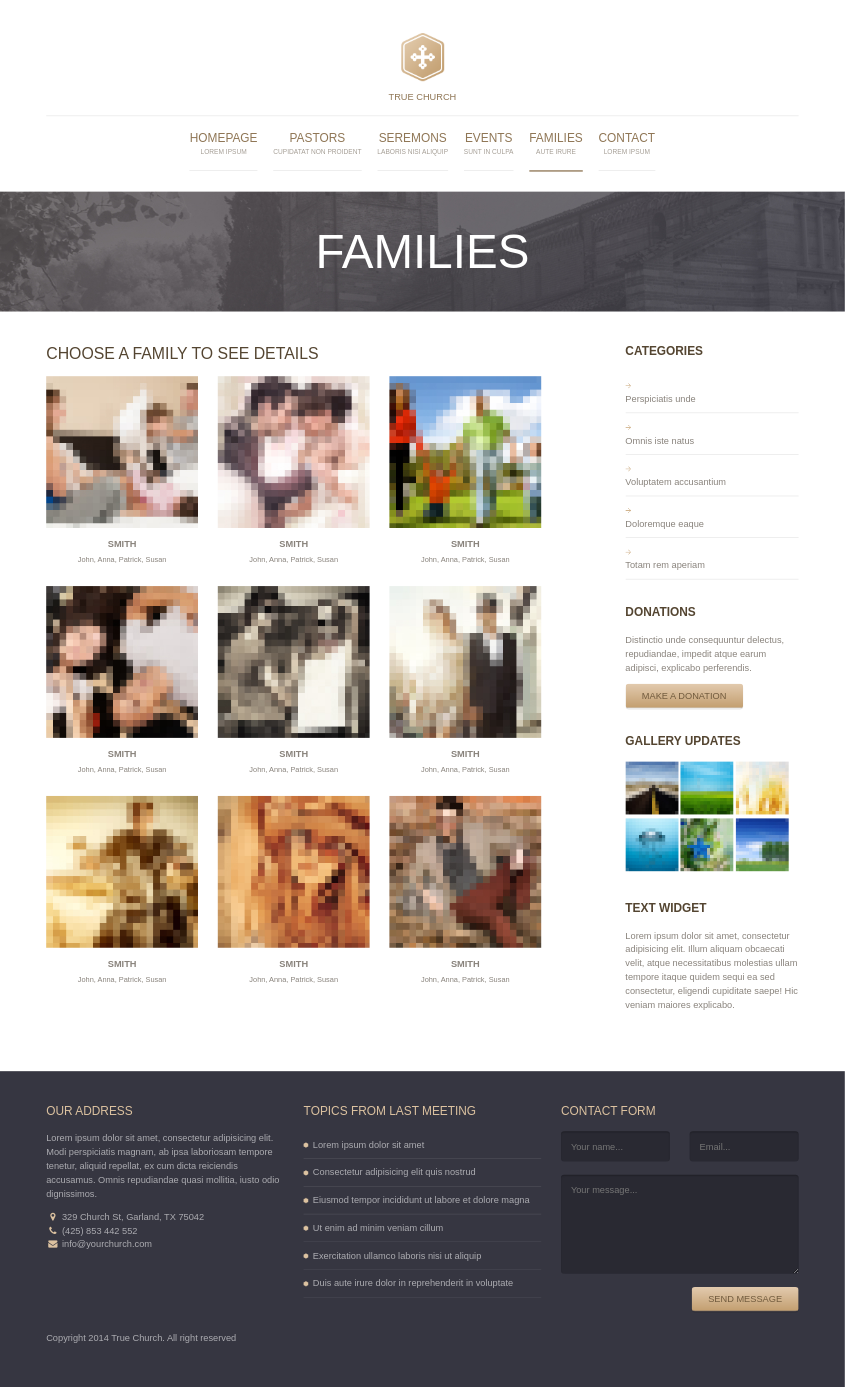
Repository: profbkmurage/churchWebsite
Page: families.html
The author's editor kept a copy of each file at every save. The page is drawn from the files as they stood at one save, then again after the next save.
The browser window is 1280 px wide. The pictures show the whole page, at 66% of full size.

Above is the page before, as saved 2024-07-10 17:59:03.

### families.html
<!DOCTYPE html>
<html lang="en">
	<head>
		<meta charset="UTF-8">
		<meta http-equiv="X-UA-Compatible" content="IE=edge">
		<meta name="viewport" content="width=device-width, initial-scale=1.0,maximum-scale=1">

		<title>True Church</title>

		<!-- Loading third party fonts -->
		<link href="fonts/novecento-font/novecento-font.css" rel="stylesheet" type="text/css">
		<link href="fonts/font-awesome.min.css" rel="stylesheet" type="text/css">

		<!-- Loading main css file -->
		<link rel="stylesheet" href="style.css">

		<!--[if lt IE 9]>
		<script src="js/ie-support/html5.js"></script>
		<script src="js/ie-support/respond.js"></script>
		<![endif]-->

	</head>


	<body>
		<div class="site-content">
			<header class="site-header">
				<div class="container">
					<a href="#" class="branding">
						<img src="images/logo.png" alt="" class="logo">
						<h1 class="site-title">True Church</h1>
					</a>

					<div class="main-navigation">
						<button class="menu-toggle"><i class="fa fa-bars"></i> Menu</button>
						<ul class="menu">
							<li class="menu-item"><a href="index.html">Homepage <small>Lorem ipsum</small></a></li>
							<li class="menu-item"><a href="#">Pastors <small>Cupidatat non proident</small></a></li>
							<li class="menu-item"><a href="seremons.html">Seremons <small>Laboris nisi aliquip</small></a></li>
							<li class="menu-item"><a href="events.html">Events <small>Sunt in culpa</small></a></li>
							<li class="menu-item current-menu-item"><a href="families.html">Families <small>Aute irure</small></a></li>
							<li class="menu-item"><a href="#">Contact <small>lorem ipsum</small></a></li>
						</ul>
					</div>

					<div class="mobile-navigation"></div>
				</div>
			</header> <!-- .site-header -->

			<div class="page-head" data-bg-image="images/page-head-1.jpg">
				<div class="container">
					<h2 class="page-title">Families</h2>
				</div>
			</div>

			<main class="main-content">
				<div class="fullwidth-block">
					<div class="container">
						<div class="row">
							<div class="content col-md-8">
								<h2 class="section-title">choose a family to see details</h2>
								<div class="row">
									<div class="family">
										<img src="images/family-1.jpg" alt="" class="family-image">
										<h3 class="family-name">Smith</h3>
										<small>John, Anna, Patrick, Susan</small>
									</div>
									<div class="family">
										<img src="images/family-2.jpg" alt="" class="family-image">
										<h3 class="family-name">Smith</h3>
										<small>John, Anna, Patrick, Susan</small>
									</div>
									<div class="family">
										<img src="images/family-3.jpg" alt="" class="family-image">
										<h3 class="family-name">Smith</h3>
										<small>John, Anna, Patrick, Susan</small>
									</div>
									<div class="family">
										<img src="images/family-4.jpg" alt="" class="family-image">
										<h3 class="family-name">Smith</h3>
										<small>John, Anna, Patrick, Susan</small>
									</div>
									<div class="family">
										<img src="images/family-5.jpg" alt="" class="family-image">
										<h3 class="family-name">Smith</h3>
										<small>John, Anna, Patrick, Susan</small>
									</div>
									<div class="family">
										<img src="images/family-6.jpg" alt="" class="family-image">
										<h3 class="family-name">Smith</h3>
										<small>John, Anna, Patrick, Susan</small>
									</div>
									<div class="family">
										<img src="images/family-7.jpg" alt="" class="family-image">
										<h3 class="family-name">Smith</h3>
										<small>John, Anna, Patrick, Susan</small>
									</div>
									<div class="family">
										<img src="images/family-8.jpg" alt="" class="family-image">
										<h3 class="family-name">Smith</h3>
										<small>John, Anna, Patrick, Susan</small>
									</div>
									<div class="family">
										<img src="images/family-9.jpg" alt="" class="family-image">
										<h3 class="family-name">Smith</h3>
										<small>John, Anna, Patrick, Susan</small>
									</div>
								</div>

							</div>
							<div class="sidebar col-md-3 col-md-offset-1">
								<div class="widget">
									<h3 class="widget-title">Categories</h3>
									<ul class="arrow">
										<li><a href="#">Perspiciatis unde</a></li>
										<li><a href="#">Omnis iste natus</a></li>
										<li><a href="#">Voluptatem accusantium</a></li>
										<li><a href="#">Doloremque eaque</a></li>
										<li><a href="#">Totam rem aperiam</a></li>
									</ul>
								</div>

								<div class="widget">
									<h3 class="widget-title">Donations</h3>
									<p>Distinctio unde consequuntur delectus, repudiandae, impedit atque earum adipisci, explicabo perferendis.</p>
									<a href="#" class="button">Make a donation</a>
								</div>

								<div class="widget">
									<h3 class="widget-title">Gallery updates</h3>

									<div class="galery-thumb">
										<a href="#"><img src="images/gallery-thumb-1.jpg" alt=""></a>
										<a href="#"><img src="images/gallery-thumb-2.jpg" alt=""></a>
										<a href="#"><img src="images/gallery-thumb-3.jpg" alt=""></a>
										<a href="#"><img src="images/gallery-thumb-4.jpg" alt=""></a>
										<a href="#"><img src="images/gallery-thumb-5.jpg" alt=""></a>
										<a href="#"><img src="images/gallery-thumb-6.jpg" alt=""></a>
									</div>
								</div>

								<div class="widget">
									<h3 class="widget-title">Text widget </h3>
									<p>Lorem ipsum dolor sit amet, consectetur adipisicing elit. Illum aliquam obcaecati velit, atque necessitatibus molestias ullam tempore itaque quidem sequi ea sed consectetur, eligendi cupiditate saepe! Hic veniam maiores explicabo.</p>
								</div>
							</div>
						</div>
					</div>
				</div>
			</main> <!-- .main-content -->

			<footer class="site-footer">
				<div class="container">
					<div class="row">
						<div class="col-md-4">
							<div class="widget">
								<h3 class="widget-title">Our address</h3>
								<p>Lorem ipsum dolor sit amet, consectetur adipisicing elit. Modi perspiciatis magnam, ab ipsa laboriosam tempore tenetur, aliquid repellat, ex cum dicta reiciendis accusamus. Omnis repudiandae quasi mollitia, iusto odio dignissimos.</p>
								<ul class="address">
									<li><i class="fa fa-map-marker"></i> 329 Church St, Garland, TX 75042</li>
									<li><i class="fa fa-phone"></i> (425) 853 442 552</li>
									<li><i class="fa fa-envelope"></i> info@yourchurch.com</li>
								</ul>
							</div>
						</div>
						<div class="col-md-4">
							<div class="widget">
								<h3 class="widget-title">Topics from last meeting</h3>
								<ul class="bullet">
									<li><a href="#">Lorem ipsum dolor sit amet</a></li>
									<li><a href="#">Consectetur adipisicing elit quis nostrud</a></li>
									<li><a href="#">Eiusmod tempor incididunt ut labore et dolore magna</a></li>
									<li><a href="#">Ut enim ad minim veniam cillum</a></li>
									<li><a href="#">Exercitation ullamco laboris nisi ut aliquip</a></li>
									<li><a href="#">Duis aute irure dolor in reprehenderit in voluptate</a></li>
								</ul>
							</div>
						</div>
						<div class="col-md-4">
							<div class="widget">
								<h3 class="widget-title">Contact form</h3>
								<form action="#" class="contact-form">
									<div class="row">
										<div class="col-md-6"><input type="text" placeholder="Your name..."></div>
										<div class="col-md-6"><input type="text" placeholder="Email..."></div>
									</div>

									<textarea name="" placeholder="Your message..."></textarea>
									<div class="text-right"><input type="submit" value="Send message"></div>

								</form>
							</div>
						</div>
					</div> <!-- .row -->

					<p class="colophon">Copyright 2014 True Church. All right reserved</p>
				</div><!-- .container -->
			</footer> <!-- .site-footer -->

		</div>


		<script src="js/jquery-1.11.1.min.js"></script>
		<script src="js/plugins.js"></script>
		<script src="js/app.js"></script>

	</body>

</html>

Loaded but not shown: fonts/novecento-font/novecento-font.css (common file); fonts/font-awesome.min.css (library); js/jquery-1.11.1.min.js (library); js/plugins.js (library); js/app.js (23 lines, source omitted); style.css (1512 lines, source omitted)

After the next save:
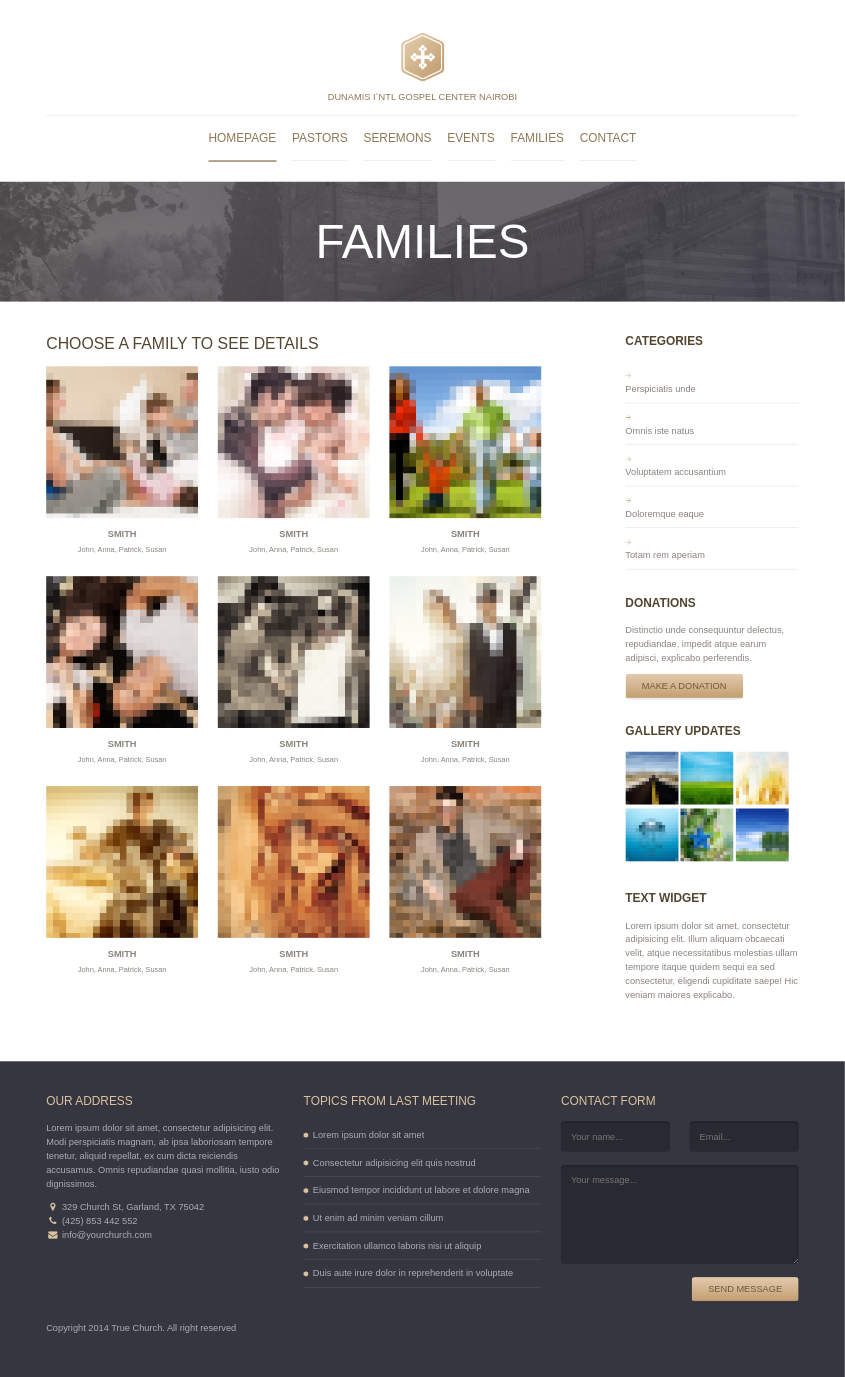
Saved 15 s later.
--- a/families.html
+++ b/families.html
@@ -28,21 +28,20 @@
 				<div class="container">
 					<a href="#" class="branding">
 						<img src="images/logo.png" alt="" class="logo">
-						<h1 class="site-title">True Church</h1>
+						<h1 class="site-title">Dunamis I`ntl Gospel Center Nairobi</h1>
 					</a>
 
 					<div class="main-navigation">
 						<button class="menu-toggle"><i class="fa fa-bars"></i> Menu</button>
 						<ul class="menu">
-							<li class="menu-item"><a href="index.html">Homepage <small>Lorem ipsum</small></a></li>
-							<li class="menu-item"><a href="#">Pastors <small>Cupidatat non proident</small></a></li>
-							<li class="menu-item"><a href="seremons.html">Seremons <small>Laboris nisi aliquip</small></a></li>
-							<li class="menu-item"><a href="events.html">Events <small>Sunt in culpa</small></a></li>
-							<li class="menu-item current-menu-item"><a href="families.html">Families <small>Aute irure</small></a></li>
-							<li class="menu-item"><a href="#">Contact <small>lorem ipsum</small></a></li>
+							<li class="menu-item current-menu-item"><a href="index.html">Homepage</a></li>
+							<li class="menu-item"><a href="#">Pastors </a></li>
+							<li class="menu-item"><a href="seremons.html">Seremons </a></li>
+							<li class="menu-item"><a href="events.html">Events </a></li>
+							<li class="menu-item"><a href="families.html">Families </a></li>
+							<li class="menu-item"><a href="#">Contact</a></li>
 						</ul>
 					</div>
-
 					<div class="mobile-navigation"></div>
 				</div>
 			</header> <!-- .site-header -->
